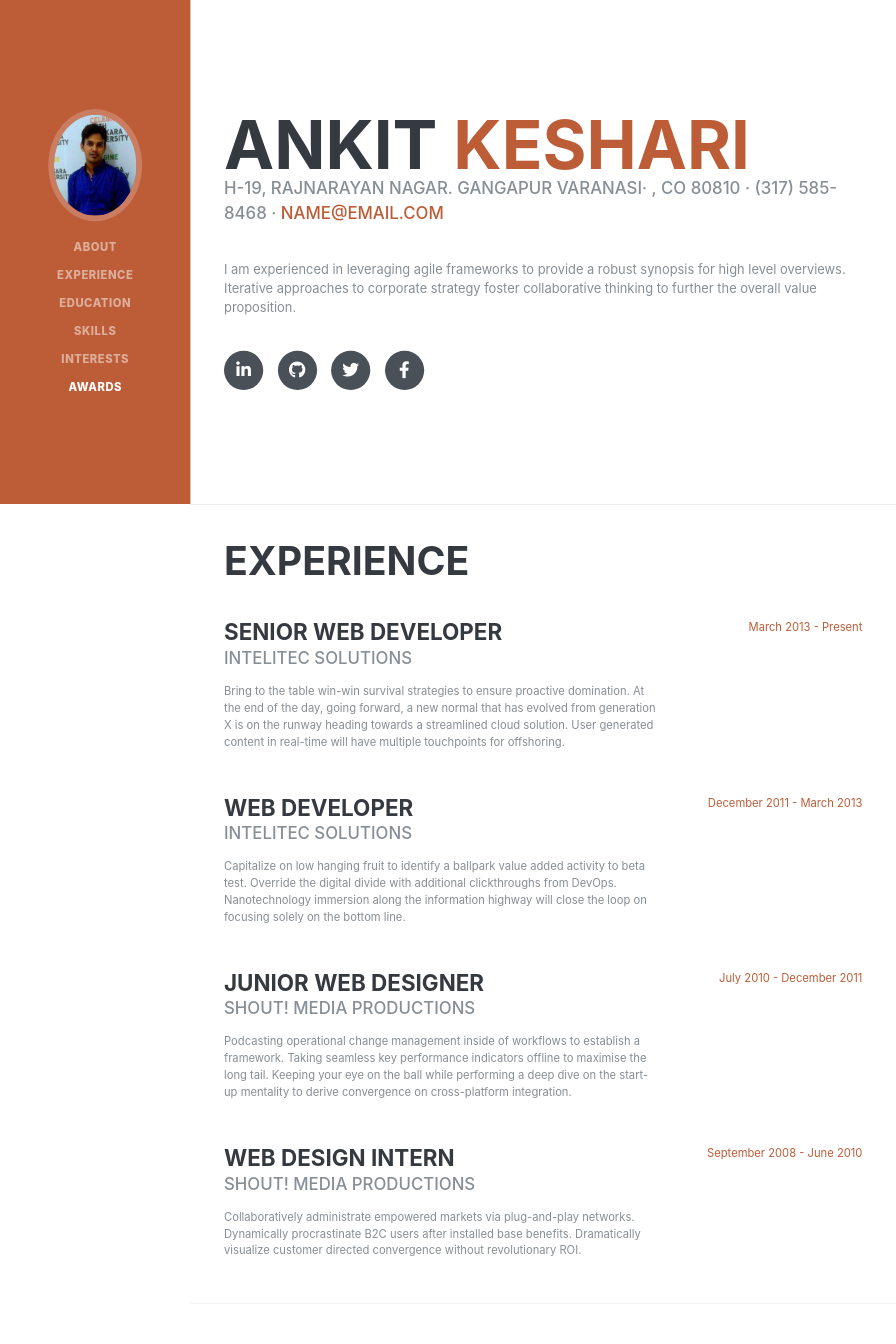
Repository: ankitkeshari719/ankitkeshari719.github.io
Page: index.html
An editor plug-in stored every save of this project. The page is shown before and after the next save, followed by the edit.
The browser window is 1280 px wide. The pictures show the part of the page from y = 0 to 1920 px (the page is 4746 px tall), at 70% of full size.
Some web fonts or font styles are not loaded; a fallback is used.

Above is the page before, as saved 2020-03-13 15:52:54.

After the next save:
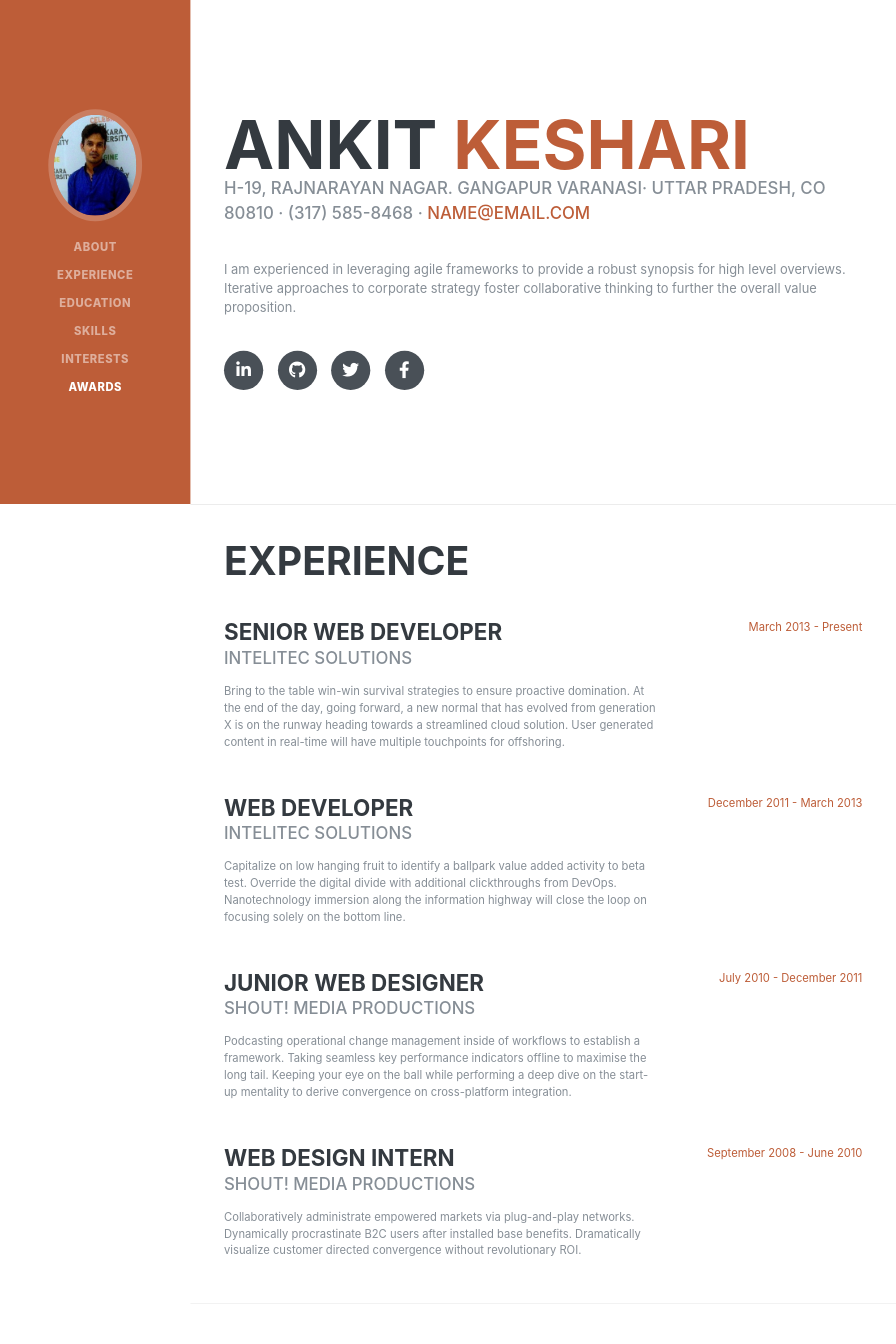
Saved 5 s later.
--- a/index.html
+++ b/index.html
@@ -65,7 +65,7 @@
         <h1 class="mb-0">Ankit
           <span class="text-primary">Keshari</span>
         </h1>
-        <div class="subheading mb-5">H-19, Rajnarayan Nagar. Gangapur Varanasi· , CO 80810 · (317) 585-8468 ·
+        <div class="subheading mb-5">H-19, Rajnarayan Nagar. Gangapur Varanasi· Uttar Pradesh, CO 80810 · (317) 585-8468 ·
           <a href="mailto:name@email.com">name@email.com</a>
         </div>
         <p class="lead mb-5">I am experienced in leveraging agile frameworks to provide a robust synopsis for high level overviews. Iterative approaches to corporate strategy foster collaborative thinking to further the overall value proposition.</p>
